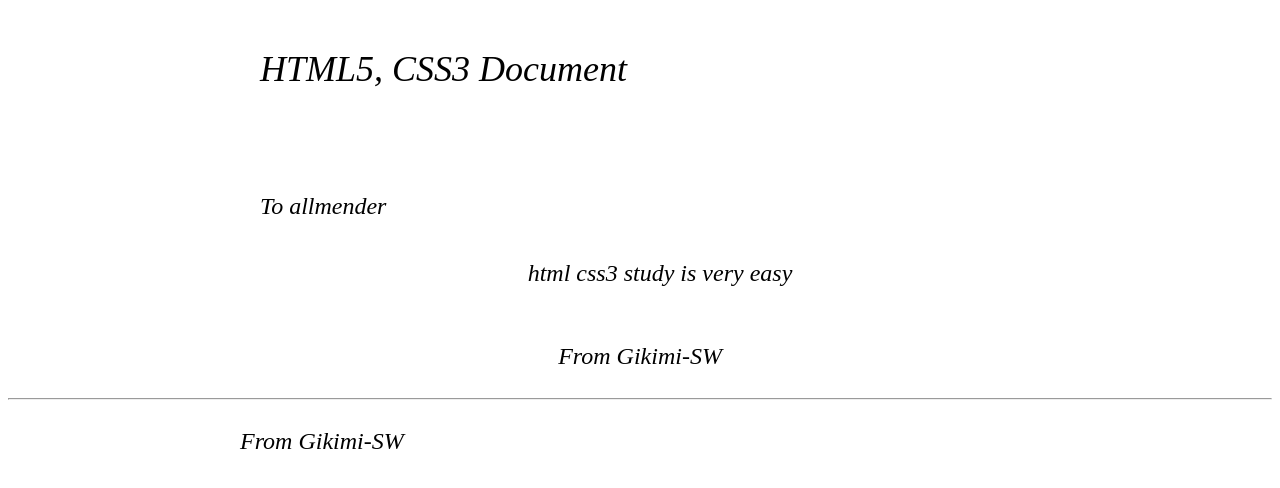
Repository: luna2222/web
Page: 01HTML5/WebContent/[11강]CSS3속성3/11_01_04.html
An editor plug-in stored every save of this project. The page is shown before and after the next save, followed by the edit.
The browser window is 1280 px wide. The pictures show the whole page.

Above is the page before, as saved 2019-02-20 06:10:44.

### 01HTML5/WebContent/[11강]CSS3속성3/11_01_04.html
<!DOCTYPE html>
<html>
<head>
<meta charset="UTF-8">
<title>Insert title here</title>
	<style >
		div{
		width: 800px;
		margin: 0 auto;
		padding: 20px;
		font-size: 1.5em;
		text-align: center;
		font-style: italic;
			}
			div:first-child {
			text-align: left;
			}
	</style>
</head>
<body>
    <header>
	<div>
		<div>HTML5, CSS3 Document </div><br/>
	</header>
	    <ul>
		<div>To allmender</div>
		<div>html css3 study is very easy</div>
		</ul>
		<div>From Gikimi-SW</div><hr/>

		<footer>
		<div>From Gikimi-SW</div>
		</footer>
	</div>
</body>
</html>

After the next save:
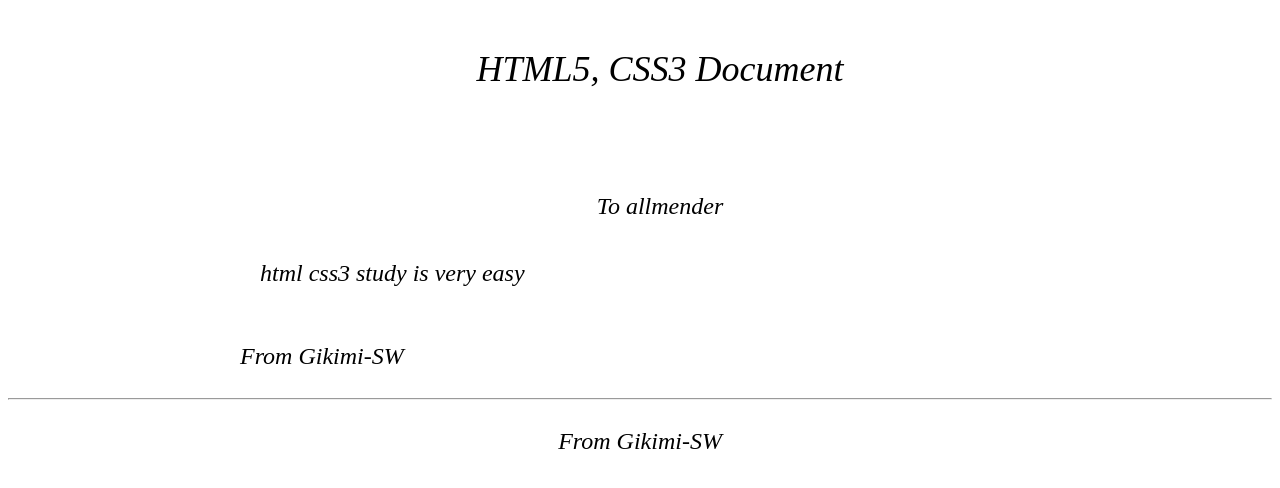
Saved 2 min 40 s later.
--- a/01HTML5/WebContent/[11강]CSS3속성3/11_01_04.html
+++ b/01HTML5/WebContent/[11강]CSS3속성3/11_01_04.html
@@ -12,8 +12,17 @@
 		text-align: center;
 		font-style: italic;
 			}
-			div:first-child {
+			div:nth-child(1)  {
+			text-align: center;
+			}
+			div:nth-child(2)  {
 			text-align: left;
+			}
+			div:nth-child(3)  {
+			text-align: left;
+			}
+			div:nth-child(4)  {
+			text-align: center;
 			}
 	</style>
 </head>
